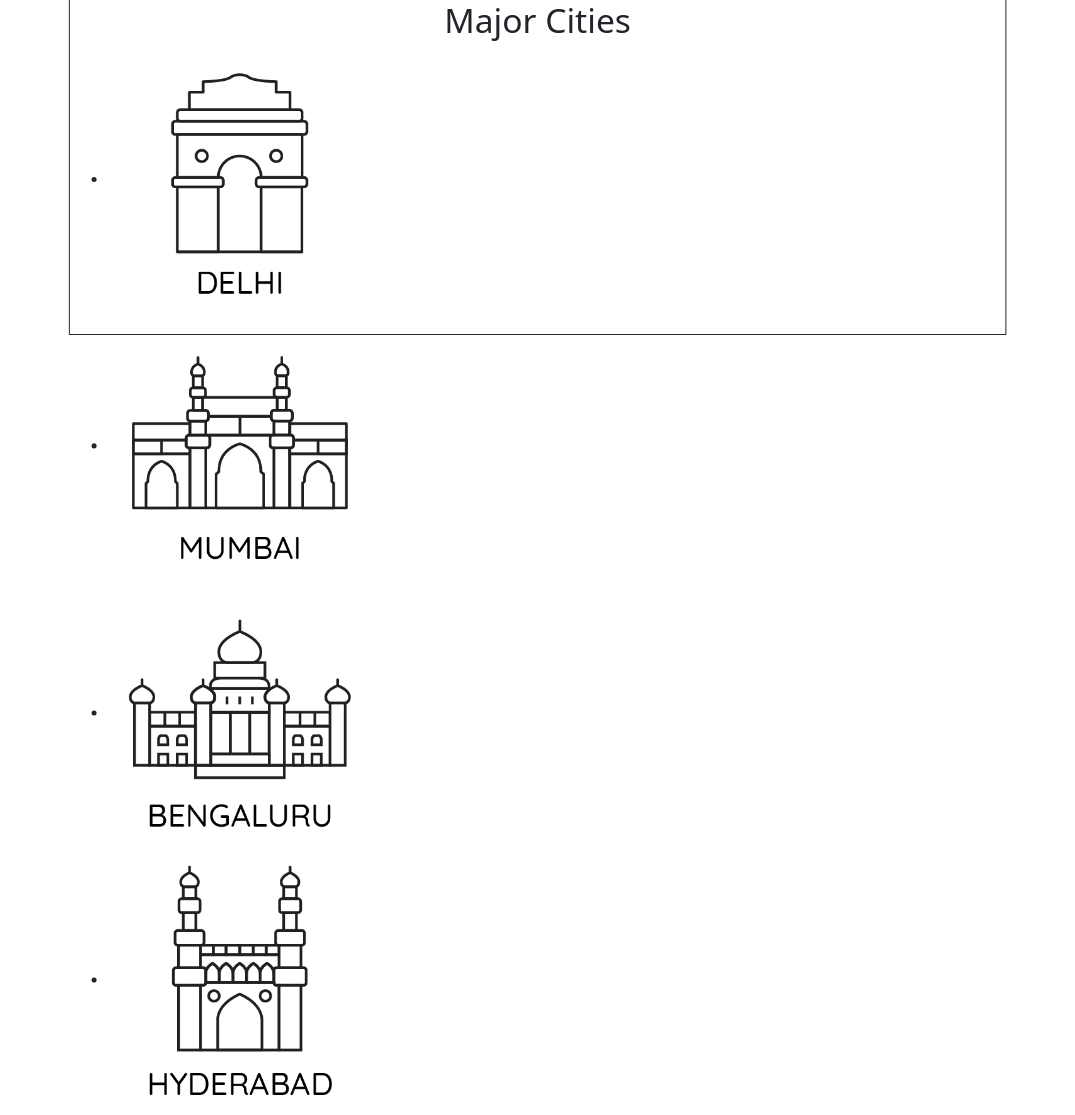
Repository: AishwaryaPandey987/PGLife
Page: home.html
These files come from the project's save history. The page is drawn as it stood at one moment and after the next save; the edit follows.
The browser window is 1280 px wide. The pictures show the part of the page from y = 451 to 1778 px (the page is 1778 px tall before and 1058 px after), at 84% of full size.

Above is the page before, as saved 2022-10-29 21:41:30.

After the next save:
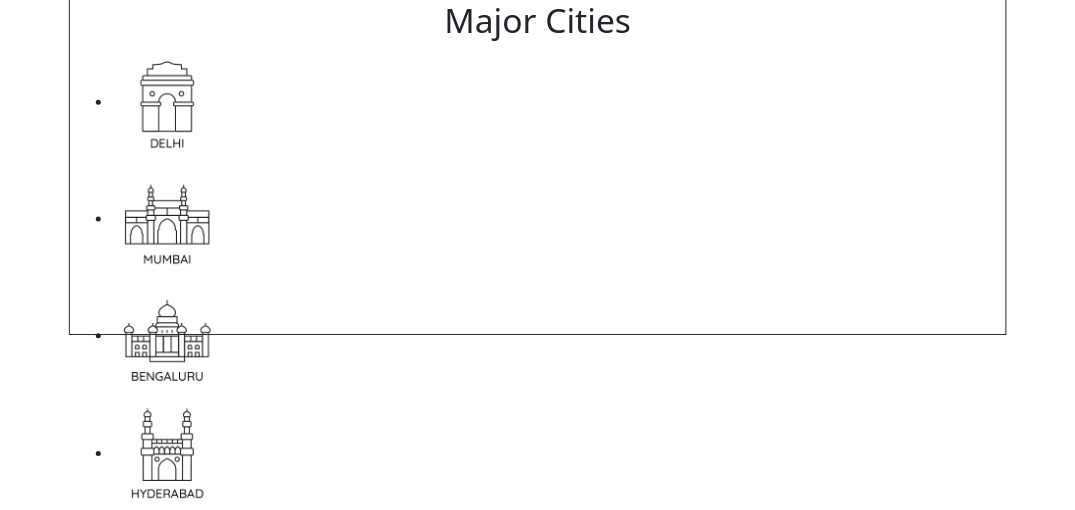
Saved 2 min 12 s later.
--- a/css/style.css
+++ b/css/style.css
@@ -35,3 +35,13 @@ img{
 h1{
   text-align: center;
 }
+.cities{
+  flex-direction: row;
+}
+.city{
+  height: 40%;
+  width: 40%;
+  padding: 5px;
+  margin: 5px;
+
+}
